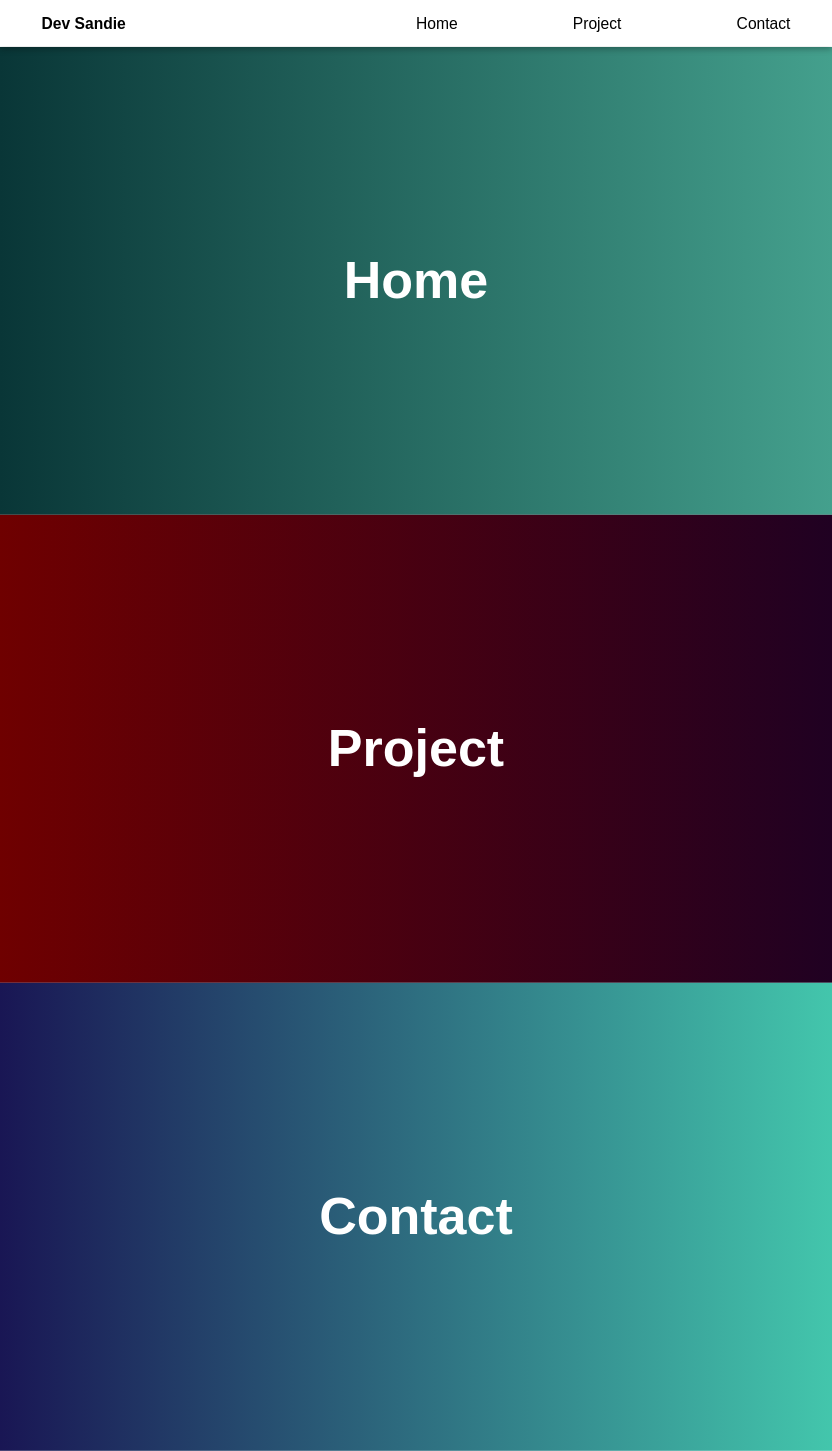
Repository: iphyokafor/fluid-navbar
Page: index.html
An editor plug-in stored every save of this project. The page is shown before and after the next save, followed by the edit.
The browser window is 1280 px wide. The pictures show the whole page, at 65% of full size.

Above is the page before, as saved 2020-01-07 01:56:00.

### index.html
<!DOCTYPE html>
<html lang="en">

<head>
    <meta charset="UTF-8">
    <meta name="viewport" content="width=device-width, initial-scale=1.0">
    <meta http-equiv="X-UA-Compatible" content="ie=edge">
    <title>Fluid Navbar</title>
    <link rel="stylesheet" href="style.css">
</head>

<body>
    <header>
        <nav>
            <h1>Dev Sandie</h1>
            <ul>
                <li><a data-page="home" href="#">Home</a></li>
                <li><a data-page="project" href="project">Project</a></li>
                <li><a data-page="contact" href="contact">Contact</a></li>
            </ul>
        </nav>
    </header>
    <main>
        <section data-index="0" class="home">
            <h2>Home</h2>
        </section>
        <section data-index="1" class="project">
            <h2>Project</h2>
        </section>
        <section data-index="2" class="contact">
            <h2>Contact</h2>
        </section>
    </main>
    <script src="./app.js"></script>
</body>

</html>

### style.css
* {
    margin: 0;
    padding: 0;
    box-sizing: border-box;
}

body {
    font-family: sans-serif;
}

header {
    box-shadow: 0px 3px 10px rgba(0, 0, 0, 0.3);
    position: sticky;
    top: 0px;
    background: white;
}

nav {
    min-height: 10vh;
    margin: auto;
    width: 90%;
    display: flex;
    align-items: center;
    justify-content: space-between;
}

nav h1,
nav ul {
    font-size: 1.5rem;
    flex: 1;
}

nav ul {
    list-style: none;
    display: flex;
    justify-content: space-between;
}

nav a {
    color: black;
    text-decoration: none;
}

section {
    min-height: 100vh;
    display: flex;
    justify-content: center;
    align-items: center;
}

section h2 {
    font-size: 5rem;
    color: white;
}

.home {
    background: linear-gradient(to right, #093637, #44A08D);
}

.project {
    background: linear-gradient(to right, #6f0000, #200122);
}

.contact {
    background: linear-gradient(to right, #191654, #43C6AC);
}

Loaded but not shown: app.js (no copy from this time; the picture is the same without it)

After the next save:
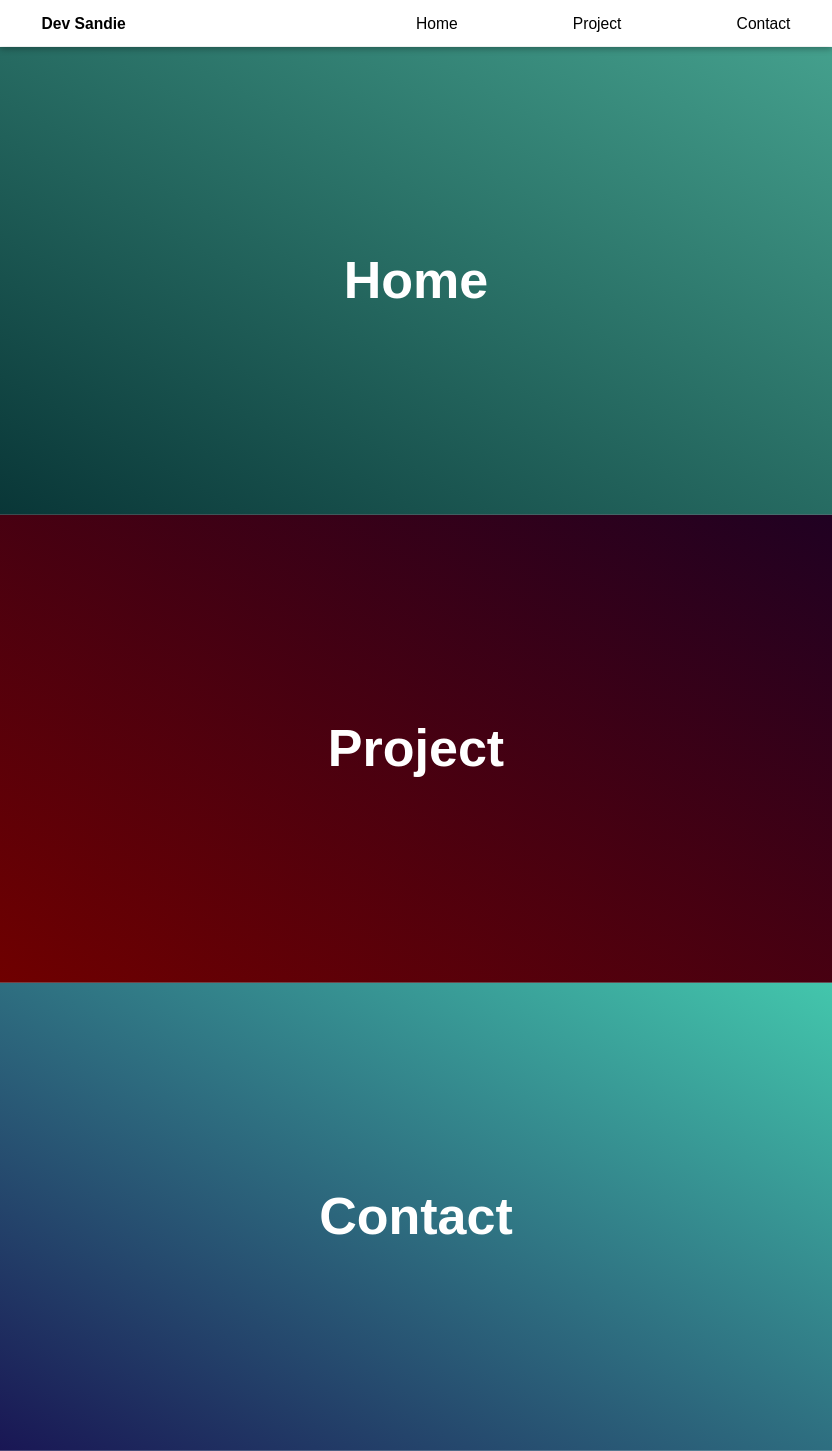
Saved 82 s later.
--- a/style.css
+++ b/style.css
@@ -54,13 +54,13 @@ section h2 {
 }
 
 .home {
-    background: linear-gradient(to right, #093637, #44A08D);
+    background: linear-gradient(to right top, #093637, #44A08D);
 }
 
 .project {
-    background: linear-gradient(to right, #6f0000, #200122);
+    background: linear-gradient(to right top, #6f0000, #200122);
 }
 
 .contact {
-    background: linear-gradient(to right, #191654, #43C6AC);
+    background: linear-gradient(to right top, #191654, #43C6AC);
 }
